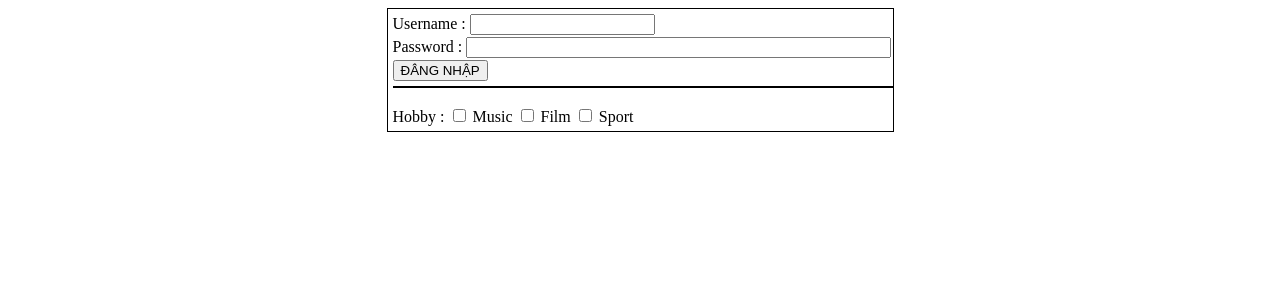
Repository: Tan-Khang21/TH_TKW--Buoi_04
Page: Bai_Tap_Mau/Bai_02/Bai_02.html
An editor plug-in stored every save of this project. The page is shown before and after the next save, followed by the edit.
The browser window is 1280 px wide. The pictures show the whole page.

Above is the page before, as saved 2024-03-05 22:04:26.

After the next save:
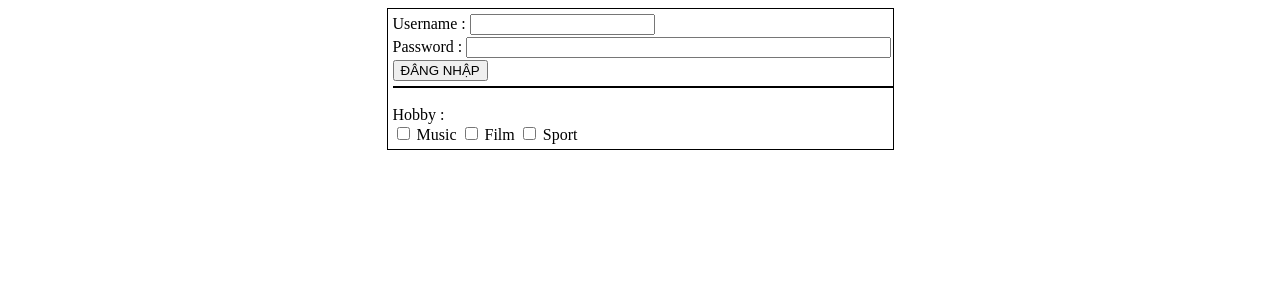
Saved 19 s later.
--- a/Bai_Tap_Mau/Bai_02/Bai_02.html
+++ b/Bai_Tap_Mau/Bai_02/Bai_02.html
@@ -1,25 +1,42 @@
 <!DOCTYPE html>
 <html lang="en">
-<head>
-    <meta charset="UTF-8">
-    <meta name="viewport" content="width=device-width, initial-scale=1.0">
+  <head>
+    <meta charset="UTF-8" />
+    <meta name="viewport" content="width=device-width, initial-scale=1.0" />
     <title>Document</title>
-</head>
-<body>
-    <form style="width: 500px; margin: 0 auto; border: 1px solid black; padding: 5px; padding-right: 0;">
-        <span>Username :</span>
-        <input type="text">
-        <br>
-        <span >Password :</span>
-        <input style="margin-top: 2px;" type="password" size="50">
-        <br>
-        <input style="margin-top: 2px;" type="submit" value="ĐÂNG NHẬP" style="padding: 0 5px; ">
-        <div style="border-bottom: 2px solid black; width: 100%; margin-top: 5px;"></div>
-        <br>
-        <span >Hobby :</span>
-        <input type="checkbox"> Music
-        <input style="margin-top: 2px;" type="checkbox"> Film
-        <input style="margin-top: 2px;" type="checkbox"> Sport
+  </head>
+  <body>
+    <form
+      style="
+        width: 500px;
+        margin: 0 auto;
+        border: 1px solid black;
+        padding: 5px;
+        padding-right: 0;
+      "
+    >
+      <span>Username :</span>
+      <input type="text" />
+      <br />
+      <span>Password :</span>
+      <input style="margin-top: 2px" type="password" size="50" />
+      <br />
+      <input
+        style="margin-top: 2px"
+        type="submit"
+        value="ĐÂNG NHẬP"
+        style="padding: 0 5px"
+      />
+      <div
+        style="border-bottom: 2px solid black; width: 100%; margin-top: 5px"
+      ></div>
+      <br />
+      <span>Hobby :</span>
+      <div>
+        <input type="checkbox" /> Music
+        <input style="margin-top: 2px" type="checkbox" /> Film
+        <input style="margin-top: 2px" type="checkbox" /> Sport
+      </div>
     </form>
-</body>
+  </body>
 </html>
